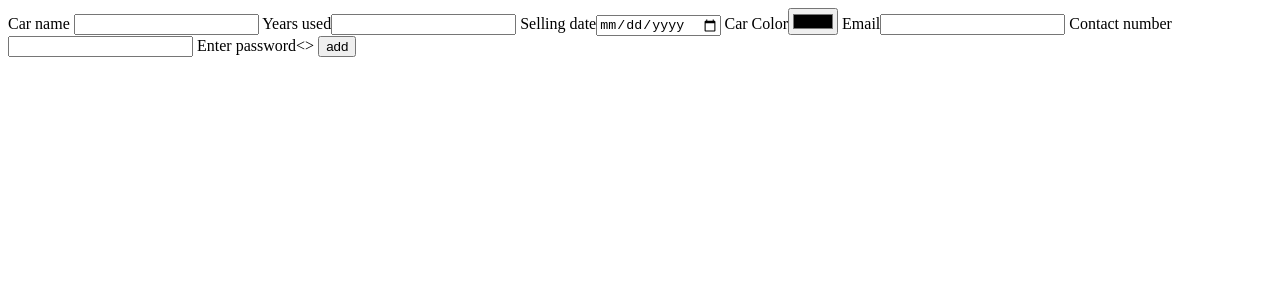
Repository: parthp17/273-Homework1
Page: Homework1/workspace/homework1/WebContent/InputTypes.html
An editor plug-in stored every save of this project. The page is shown before and after the next save, followed by the edit.
The browser window is 1280 px wide. The pictures show the whole page.

Above is the page before, as saved 2016-09-09 15:56:04.

After the next save:
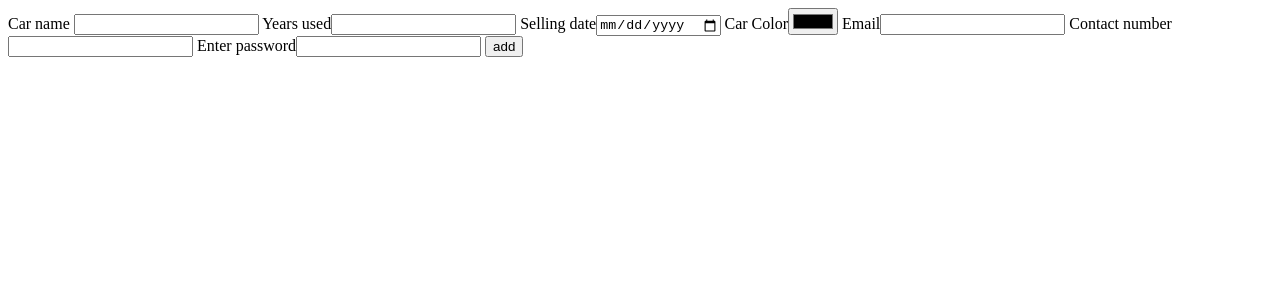
Saved 15 s later.
--- a/Homework1/workspace/homework1/WebContent/InputTypes.html
+++ b/Homework1/workspace/homework1/WebContent/InputTypes.html
@@ -12,7 +12,7 @@
 	 Car Color<input type="color" name="carcolor" id = "carcolor">
 	 Email<input type = "email" id = "carcolor">
 	 Contact number <input type= "tel" name = "contactnum" >
-	 Enter password<>
+	 Enter password<input type = "text">
 	<input type="submit" value="add" onclick="f1()" id="b">
 
 </form>
